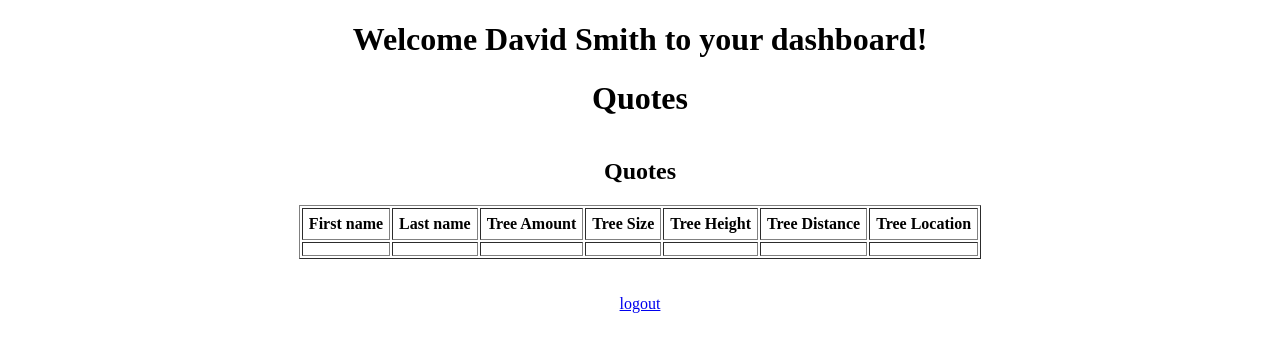
Repository: jrule5960/Tree-Cutting-Database
Page: http://localhost/database/DavidSmithView.jsp
These files come from the project's save history. The page is drawn as it stood at one moment and after the next save; the edit follows.
The browser window is 1280 px wide. The pictures show the whole page.
The page is served by Tomcat 9. Other server files are loaded and not shown.

Above is the page before, as saved 2023-11-06 21:42:46.

### database/WebContent/DavidSmithView.jsp
<%@ page language="java" contentType="text/html; charset=UTF-8"
    pageEncoding="UTF-8"%>
<!DOCTYPE html>
<html>
<head>
<meta charset="UTF-8">
<title>David Smith Dashboard</title>
</head>
<body>
<center>
<h1>Welcome David Smith to your dashboard!</h1>

<h1>Quotes</h1>
    <div align="center">
        <table border="1" cellpadding="6">
            <caption><h2>Quotes</h2></caption>
            <tr>
                <th>First name</th>
                <th>Last name</th>
                <th>Tree Amount</th>
                <th>Tree Size</th>
                <th>Tree Height</th>
                <th>Tree Distance</th>
                <th>Tree Location</th>
            </tr>
            <c:forEach var="users" items="${listUser}">
                <tr style="text-align:center">
                    <td><c:out value="${users.firstName}" /></td>
                    <td><c:out value="${users.lastName}" /></td>
                    <td><c:out value="${users.tree_amt}" /></td>
			        <td><c:out value="${users.tree_size}" /></td>
			        <td><c:out value="${users.tree_height}" /></td>
                    <td><c:out value="${users.tree_distance}" /></td>
                    <td><c:out value="${users.tree_location}" /></td>

            </c:forEach>
        </table>
	</div>
	</div>


<br> <br> <a href="login.jsp"target ="_self" > logout</a><br><br>

</center>
</body>
</html>

After the next save:
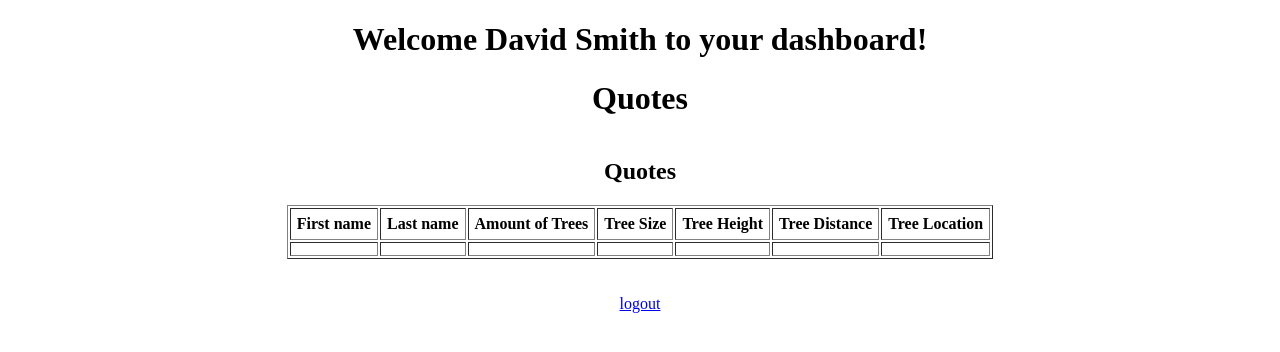
Saved 48 s later.
--- a/database/WebContent/DavidSmithView.jsp
+++ b/database/WebContent/DavidSmithView.jsp
@@ -17,7 +17,7 @@
             <tr>
                 <th>First name</th>
                 <th>Last name</th>
-                <th>Tree Amount</th>
+                <th>Amount of Trees</th>
                 <th>Tree Size</th>
                 <th>Tree Height</th>
                 <th>Tree Distance</th>
@@ -27,7 +27,7 @@
                 <tr style="text-align:center">
                     <td><c:out value="${users.firstName}" /></td>
                     <td><c:out value="${users.lastName}" /></td>
-                    <td><c:out value="${users.tree_amt}" /></td>
+                    <td><c:out value="${users.tree_num}" /></td>
 			        <td><c:out value="${users.tree_size}" /></td>
 			        <td><c:out value="${users.tree_height}" /></td>
                     <td><c:out value="${users.tree_distance}" /></td>
